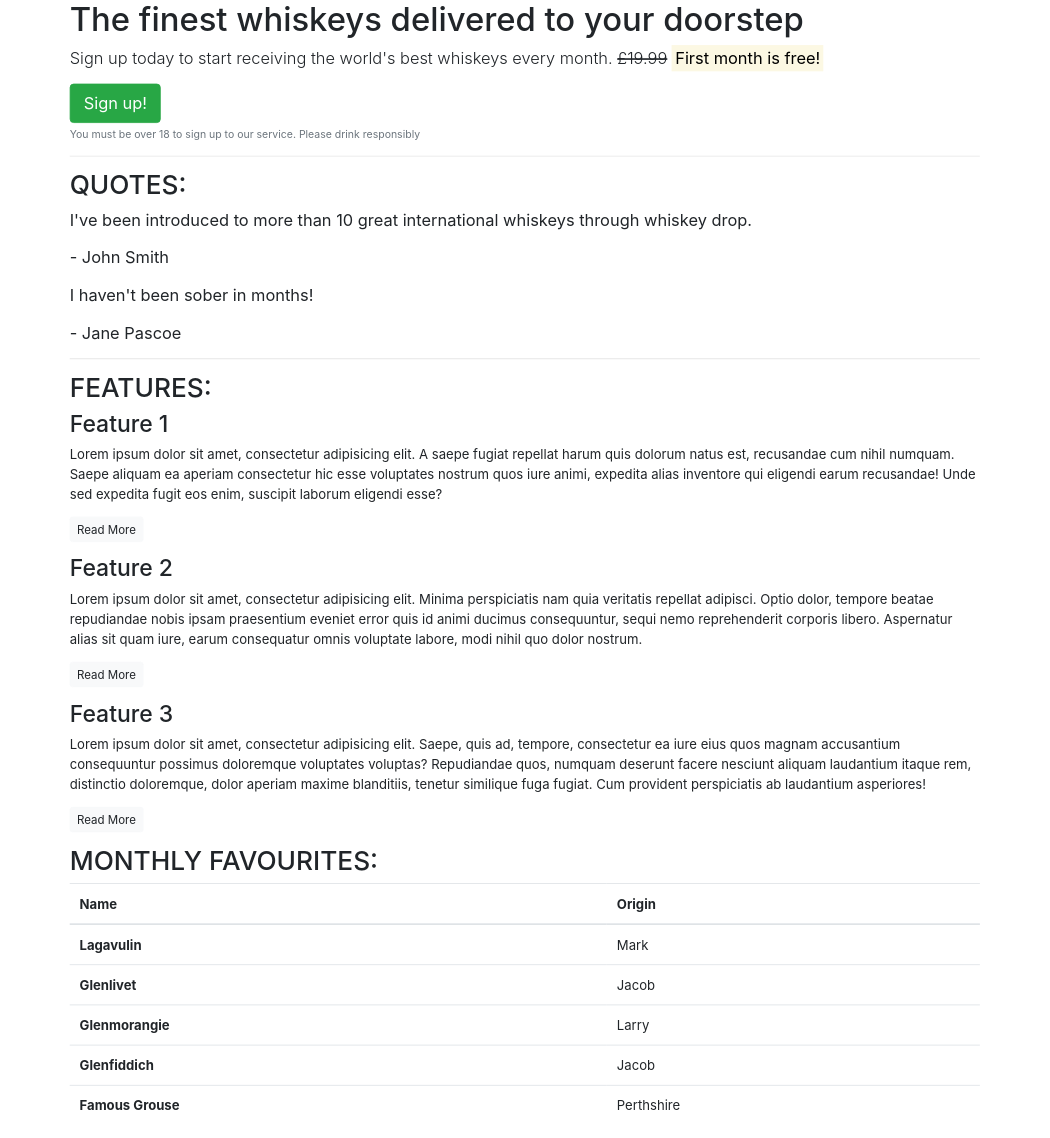
Repository: LouWills/WhiskeyDrop-bootstrap
Page: index.html
The author's editor kept a record of every edit. The page is drawn from the files as they stood at one moment, then again after the next edit.
The browser window is 1280 px wide. The pictures show the whole page, at 82% of full size.

Above is the page before.
Console error: TypeError: Cannot read properties of undefined (reading 'fn')

After the next edit:
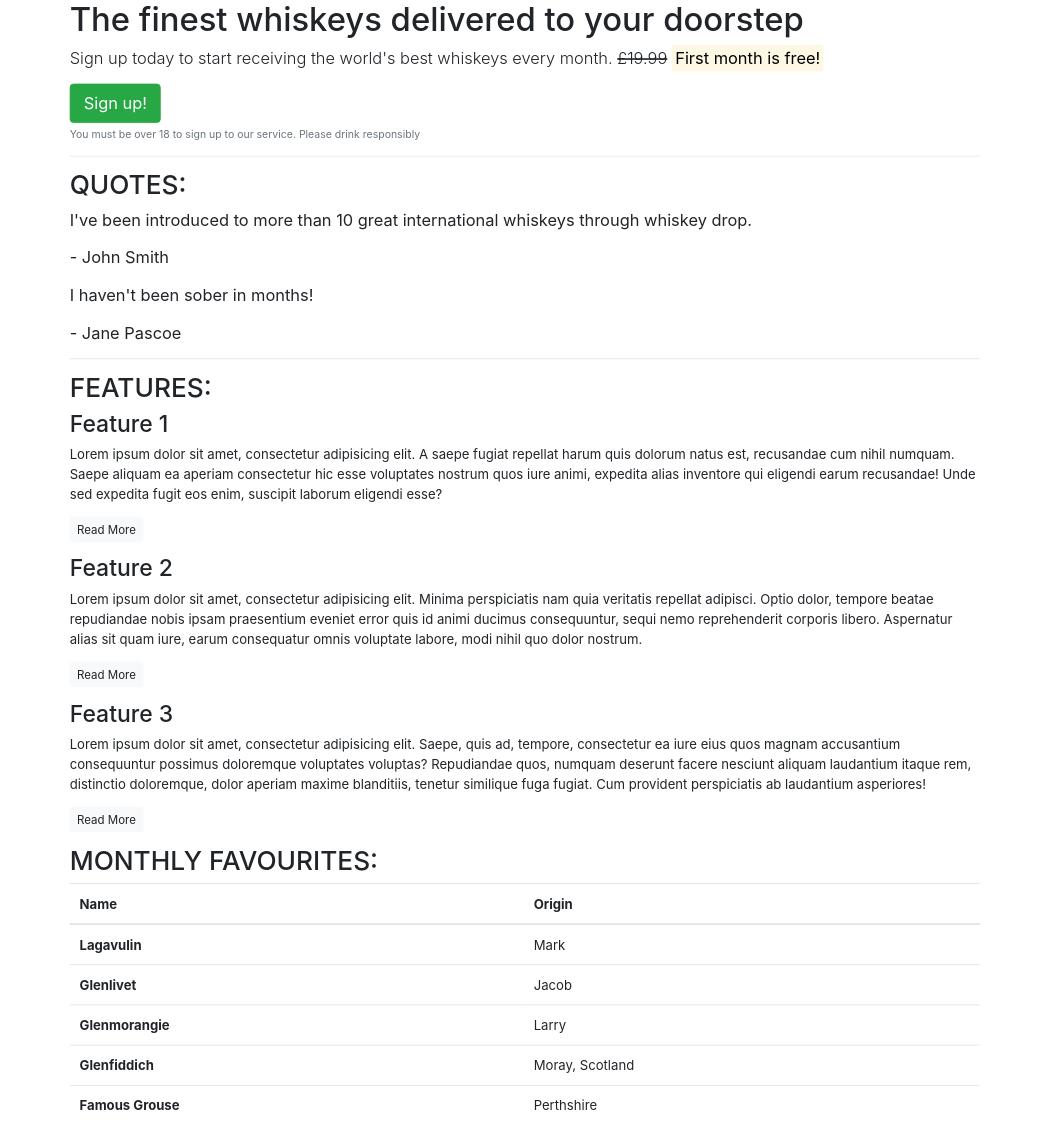
The edit:
--- a/index.html
+++ b/index.html
@@ -84,7 +84,7 @@
                     </tr>
                      <tr>
                       <th scope="row">Glenfiddich</th>
-                      <td>Jacob</td>
+                      <td>Moray, Scotland</td>
                     </tr>
                     <tr>
                       <th scope="row">Famous Grouse</th>
